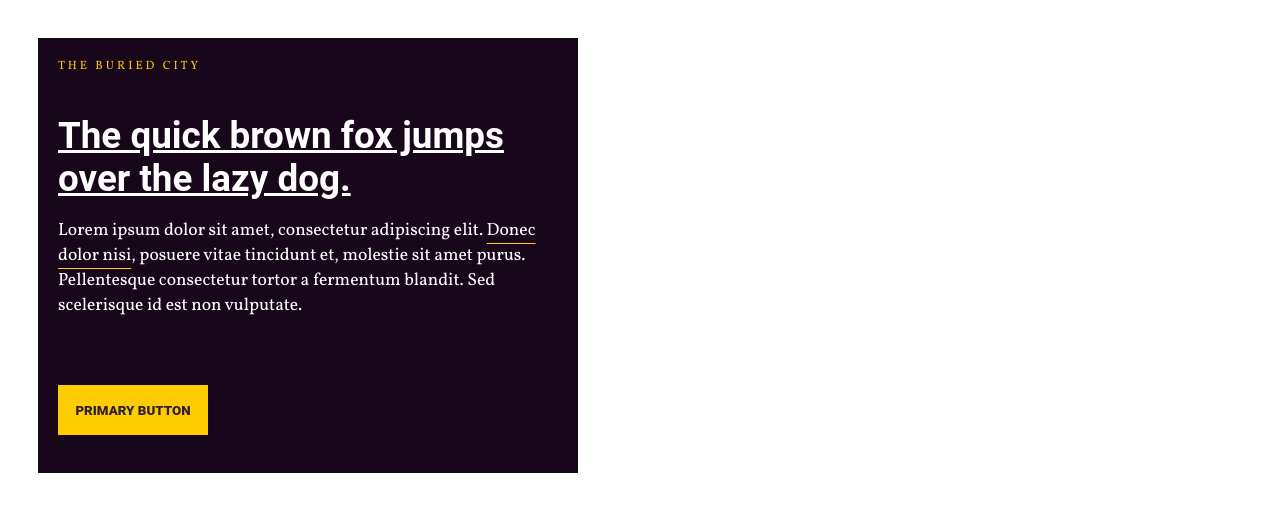
Repository: rafigabriel/TP2---Web-I
Page: ex03-css/index.html
The author's editor kept a copy of each file at every save. The page is drawn from the files as they stood at one save, then again after the next save.
The browser window is 1280 px wide. The pictures show the whole page.

Above is the page before, as saved 2024-09-09 18:05:21.

After the next save:
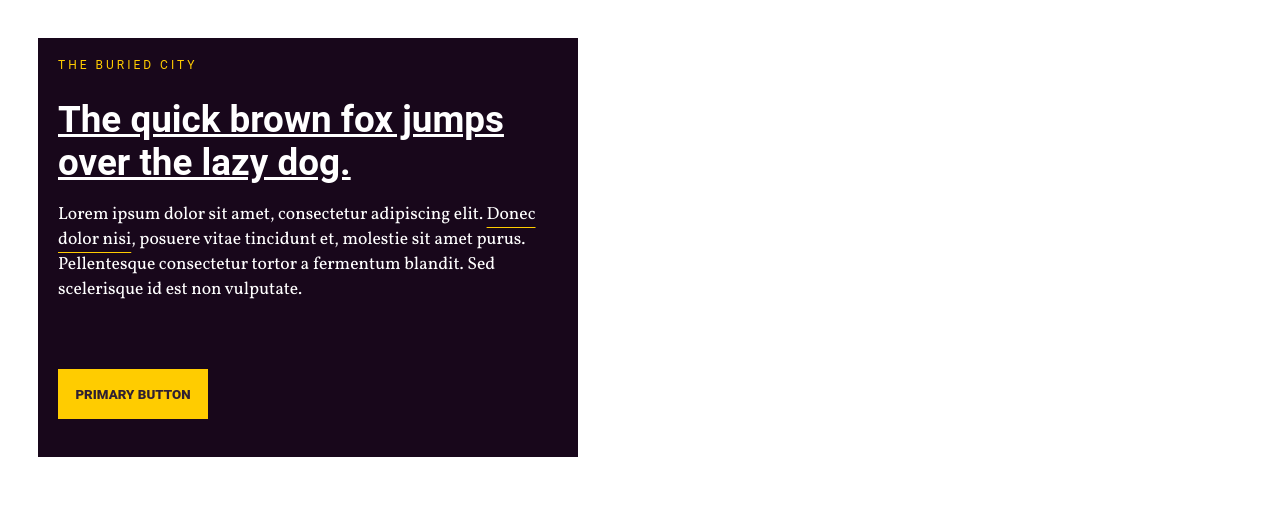
Saved 5 s later.
--- a/ex03-css/style.css
+++ b/ex03-css/style.css
@@ -30,7 +30,7 @@ p{
 }
 
 #secao{
-    posi
+    position: absolute;
     font-family: "Roboto", sans-serif;
     font-style: normal;
     font-weight: 400;
